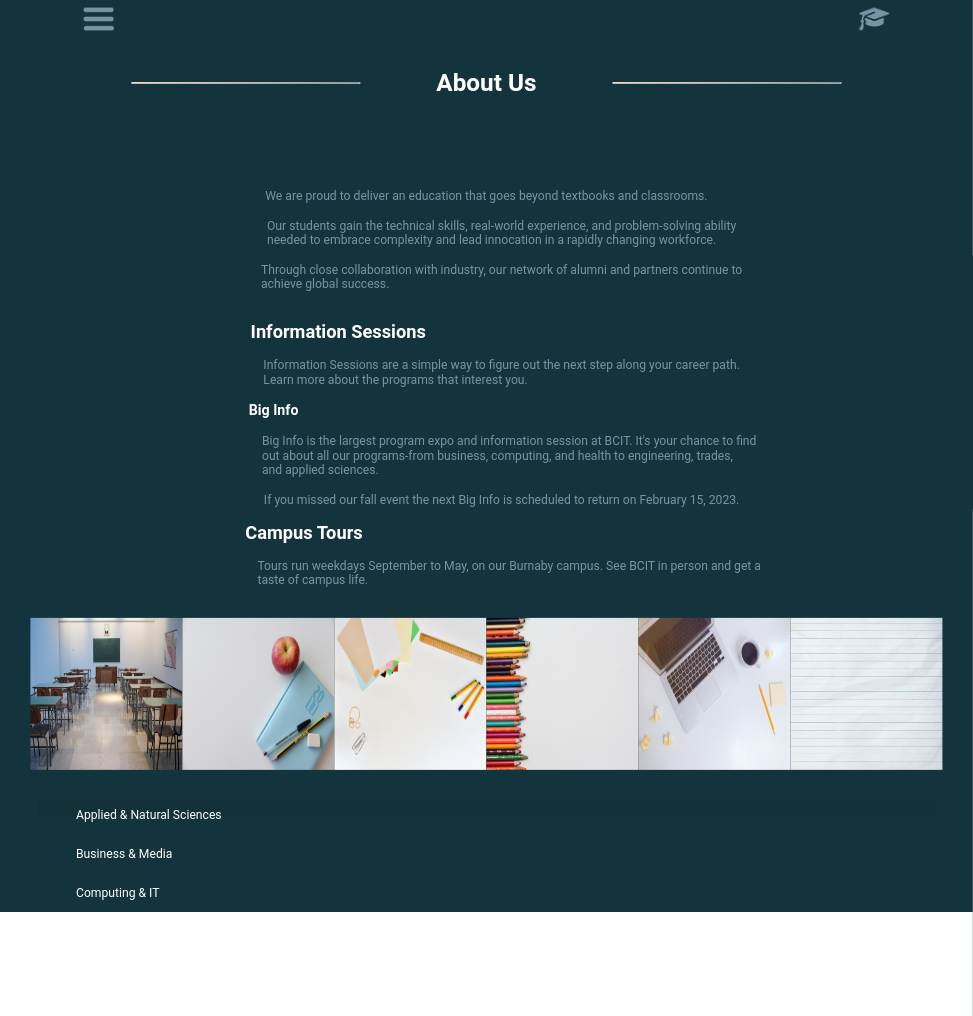
Repository: Sheraliramzan/Aly_A01253508_Assignment1
Page: /about
An editor plug-in stored every save of this project. The page is shown before and after the next save, followed by the edit.
The browser window is 1280 px wide. The pictures show the whole page, at 76% of full size.
The project was rebuilt for these pictures with package versions that can differ from the ones it lists, and the page was loaded fresh each time. The framework's server and built-in components were replaced by stand-ins that run in the browser. Also part of the build but not shown: next.config.js.

Above is the page before, as saved 2023-02-05 10:03:33.

### pages/about.js
import Head from 'next/head'
import Image from 'next/image'
import styles from '../styles/Home.module.css'
import dynamic from "next/dynamic";
import Nav from '../comp/nav/nav';


const About = () => {
  return (
    <>
      <Head>
        <title>About Us</title>
        <meta name="author" content="MDIA 2109" />
        <meta property="og:title" content= 'Assignment #1 - About Us Page'/>
        <meta property="og:description" content= "BCIT Digital Design and Development Diploma"/>
        <meta name="viewport" content="width=device-width, initial-scale=1" />
        <link rel="icon" href="/favicon.png" />
      </Head>
      <main className={styles.main}>
        <div className="aboutcont">
          <Nav/>
          <div>
              <div className='headcont1'>
                <hr className='hori'></hr>
                <h1 className='header'>About Us</h1>
                <hr className='hori1'></hr>
                <h1></h1>
              </div>
              <div className='paracont'>
                <p className='para2'> We are proud to deliver an education that goes beyond textbooks
                  and classrooms.</p>
                <p className='para3'> Our students gain the technical skills, real-world experience,
                  and problem-solving ability <br /> needed to embrace complexity
                  and lead innocation in a rapidly changing workforce.</p>
                <p className='para3'>Through close collaboration with industry, our network of alumni
                  and partners continue to <br /> achieve global success.</p>
              </div>
                <h2 className='header2'> Information Sessions</h2>
                <p className='para3'> Information Sessions are a simple way to figure out the next
                  step along your career path. <br /> Learn more about the
                programs that interest you.</p>
                <h3 className='header3'>Big Info</h3>
              <p className='para4'> Big Info is the largest program expo and information session at
                BCIT. It's your chance to find <br /> out about all our
                programs-from business, computing, and health to engineering,
                trades,
                <br /> and applied sciences.
              </p>
              <p className='para3'>If you missed our fall event the next Big Info is scheduled to
                return on February 15, 2023.
              </p>
              <h2 className="header4">Campus Tours</h2>
              <p className='para4'>  Tours run weekdays September to May, on our Burnaby campus. See
                BCIT in person and get a <br /> taste of campus life.</p>
          </div>
          <div>
            <div id="carouselImage">
                <Image src={"/0.jpg"} width={200} height={200}></Image>
                <Image src={"/1.jpg"} width={200} height={200}></Image>
                <Image src={"/2.jpg"} width={200} height={200}></Image>
                <Image src={"/3.jpg"} width={200} height={200}></Image>
                <Image src={"/4.jpg"} width={200} height={200}></Image>
                <Image src={"/5.jpg"} width={200} height={200}></Image>
            </div >
                  <div id="testOnImageHere">
                    <ul>
                      <li>Applied & Natural Sciences</li>
                      <li>Business & Media</li>
                      <li>Computing & IT</li>
                      <li>Engineerin</li>
                      <li>Health Sciences</li>
                      <li>Trades & Apprenticeships</li>
                    </ul>
                  </div>
          </div>
        </div>
        <a>
            <span>
                <img></img>
                <img></img>
            </span>
        </a>
      </main>
    </>
  )
}
export default dynamic (() => Promise.resolve(About), {ssr: false})

### styles/globals.css


* {
  box-sizing: border-box;
  padding: 0;
  margin: 0;
}

html,
body {
  margin: 0;
  padding: 0;
  font-family: "Roboto", sans-serif;
  scrollbar-width: none;

}
.menuimg{
  margin-left: 100px;
}
.gardimg{
  margin-right: 100px;
}
.navcont {
  display: flex;
  align-items: center;
  justify-content: space-between;
  padding: 10px;
}
.menucont{
  position: absolute;
  top: 0rem;
  left: 4rem;
}
a{
  color: var(--primary-color);
  text-decoration: none;
}

ul {
  display: flex;
  flex-direction: column;
  position: absolute;
  top: 10px;
  left: 50px;
  gap: 2rem;
  text-decoration: none;
}

ul > li {
  list-style-type: none;
  text-decoration: none;
  color: var(--primary-color);
}
.listcont{
  position: absolute;
  display: flex;
  align-items: flex-start;
  left: 3rem;
  top: 3rem;
}

.btncont {
  display: flex;
}

.close {
  background-color: transparent;
  border: none;
  font-size: larger;
  color: var(--primary-color);
}

.fullcont{
  width: 100vw;
  height: 100vh;
  background-image: url("/background-images/backgroundMountain.jpg");
  background-size: cover;
}
.but1{
  margin: 2px;
  padding: 5px 15px;
  background: none;
  border: 1px solid var(--primary-color);
  border-radius: 5px;
  color:var(--primary-color) ;
}
.butcont{
 margin-left: 250px;
}

.but1:hover{
  background-color: var( --primary-color);
  color: var(--quinary-color);
}
.downarrow{
  position: relative;
  left: 650px;
  top:50px;
}
.headcont{
  display: flex;
  flex-direction: column;
  width: 25%;
  margin-top: 320px;
  margin-left: 250px;
}
.headhome{
  color: var(--primary-color);
  font-size: 25px;
  margin-bottom: 10px;
}
.horidiv{
  width: 60%;
  border: 1px solid var(--secondary-color);
  margin-bottom: 10px;
}
.para1{
  color: var(--primary-color);
  font-size:12px;
  width: 100%;
  opacity: 0.8;
}
.aboutcont{
  width: 100%;
  background-color: var( --quaternary-color);
  justify-content: center;
  height: 1200px;
}
.hori{
  border-left: 300px solid var(--secondary-color);
  width: 100px;
  height: 1px;
  margin-right: 100px;
}
.hori1{
  border-left: 300px solid var(--secondary-color);
  width: 100px;
  height: 1px;
  margin-left: 100px;
}
.headcont1{
  text-align: center;
  margin-top: 40px;
  display: flex;
  justify-content: center;
  align-items: center;
}
.header{
  color: var(--primary-color);
}
.paracont{
  display: flex;
  flex-direction: column;
  color: var(--ternary-color);
  justify-content: center;
  align-items: center;
  margin-top: 100px;

}
.para2{
  margin-top: 20px;
  margin-bottom: 20px;
}
.header2{
  display: flex;
  flex-direction: column;
  align-items: center;
  margin-right: 390px;
  margin-top: 20px;
  margin-bottom: 20px;
  color: var(--primary-color);
}
.header3{
  display: flex;
  flex-direction: column;
  align-items: center;
  margin-right: 560px;
  margin-top: 20px;
  margin-bottom: 20px;
  color: var(--primary-color);
}
.header4{
  display: flex;
  flex-direction: column;
  align-items: center;
  margin-right: 480px;
  margin-top: 20px;
  margin-bottom: 20px;
  color: var(--primary-color);
}
.para3{
  color: var(--ternary-color);
  display: flex;
  align-items: center;
  justify-content: center;
  margin-bottom: 20px;
  margin-left: 40px;
}
.para4{
  color: var(--ternary-color);
  display: flex;
  align-items: center;
  justify-content: center;
  margin-bottom: 20px;
  margin-left: 60px;
}
#carouselImage{
  height: 200px;
  background-repeat: no-repeat;
  background-size: cover;
  display: flex;
  justify-content: center;
  align-items: center;
  margin: 40px 0px;
}
#testOnImageHere{
  background-color: rgba(16, 46, 53, 0.5);
  padding: 10px;
  margin: 0px 50px;
  position: relative;
}

### styles/variables.css
:root{
    --primary-color:#fff;
    --secondary-color:#f4d6b9;
    --ternary-color: #7796a4;
    --quaternary-color:#14343d;
    --quinary-color:rgba(16,46,53,0.5);
}

### styles/Home.module.css
.main {
  display: flex;
  flex-direction: column;
  justify-content: space-between;
  align-items: center;
}

### comp/nav/nav.js
import Head from 'next/head'
import Image from 'next/image'
import { useState } from 'react'
import { useRouter } from 'next/router'
import Link from 'next/link'

export default function Nav(){
    const [isMenuOpen, setIsMenuOpen] = useState(false);
  const handleClick = () => {
    setIsMenuOpen(!isMenuOpen);
  };
  const router = useRouter();
    return (
    <>
        <div className="navcont">
              <Image alt='menu' className='menuimg'
                src={"/icons/menu-icon.png"}
                width={40}
                height={30}
                onClick={handleClick}
              />
              <Image alt='grad' className='gardimg' src={"/icons/graduation-hat.png"} width={40} height={30} />
          </div>
          {isMenuOpen && (
            <div className="menucont">
              <div className="listcont">
                <div className="btncont">
                  <button className="close" onClick={handleClick}>
                    X
                  </button>
                </div>
                <div>
                  <ul>
                    <li>
                      <a href="#">Home</a>
                    </li>
                    <li>
                      <a href="/about">About</a>
                    </li>
                    <li>
                      <a href="/contact">Contact</a>
                    </li>
                  </ul>
                </div>
              </div>
              <Image alt='bar'
                src={"/background-images/menuBackground.png"}
                width={240}
                height={240}
              />
            </div>
          )}
    </>
    )
}

Loaded but not shown: pages/_app.js (common file); pages/_document.js (common file); pages/api/hello.js (common file)

After the next save:
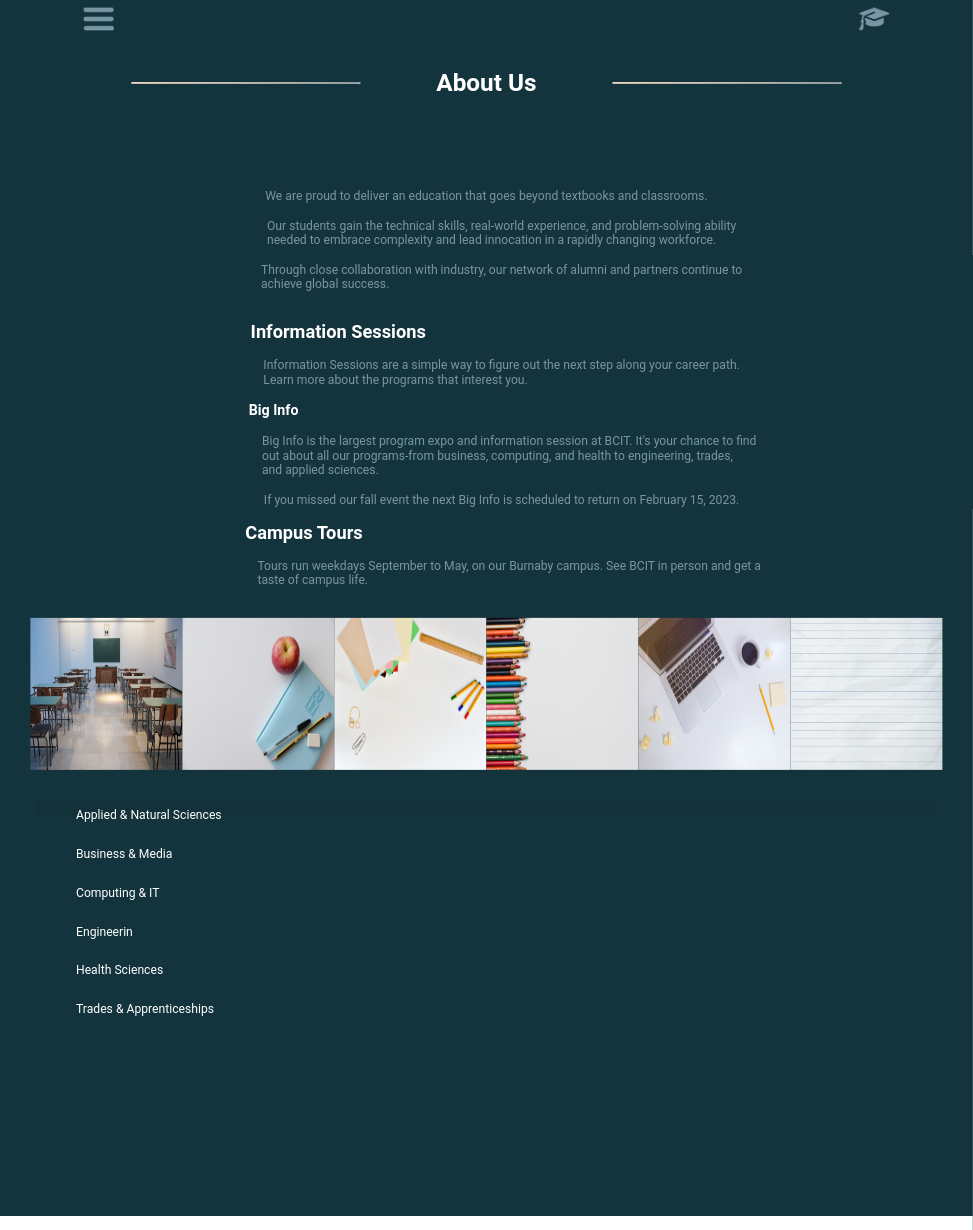
Saved 8 s later.
--- a/styles/globals.css
+++ b/styles/globals.css
@@ -124,7 +124,7 @@ ul > li {
   width: 100%;
   background-color: var( --quaternary-color);
   justify-content: center;
-  height: 1200px;
+  height: 1600px;
 }
 .hori{
   border-left: 300px solid var(--secondary-color);
